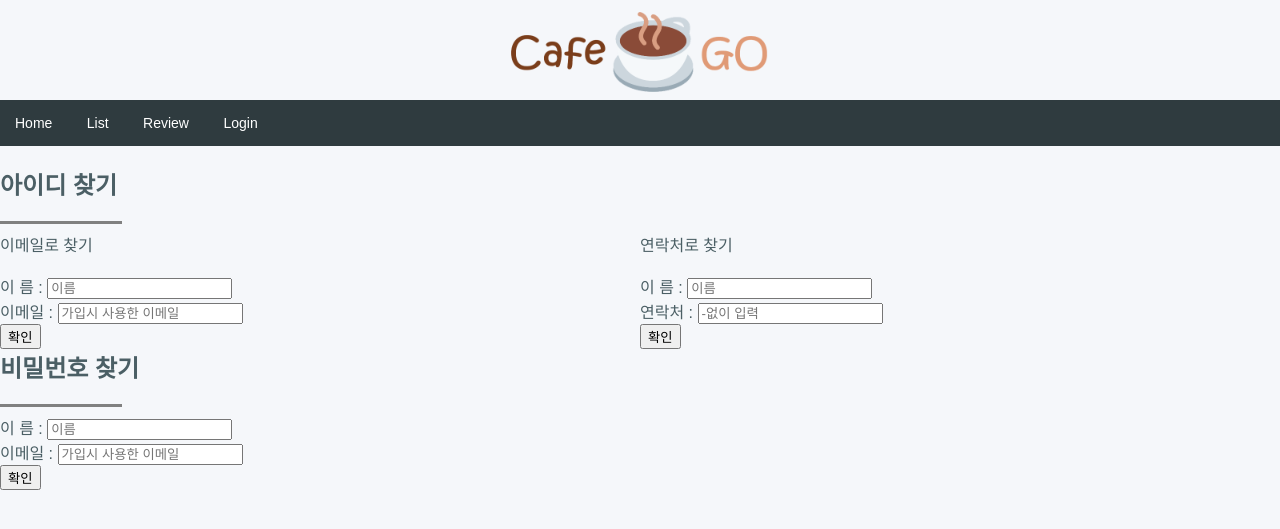
Repository: JuYeong0413/Web-Programming
Page: http://localhost/CafeGo/find.jsp
An editor plug-in stored every save of this project. The page is shown before and after the next save, followed by the edit.
The browser window is 1280 px wide. The pictures show the whole page.
The page is served by Tomcat 9. Other server files are loaded and not shown.

Above is the page before, as saved 2018-12-22 11:51:16.

### Project/CafeGo/WebContent/find.jsp
<%@ page language="java" contentType="text/html; charset=utf-8" pageEncoding="utf-8"%>
<%@ include file="nav.jsp" %>
<!DOCTYPE html>
<html>
<head>
<meta charset="utf-8">
<title>Insert title here</title>
</head>
<body>
<form method="post" action="">
<div>
<h2>아이디 찾기</h2>
<hr noshade align="left" width="120" size="3">
<div style="float:left; width:50%;">
이메일로 찾기<br><br>
<form action="findConfig_e.jsp" method="post">
<label>이    름 :</label>
<input type="text" placeholder="이름" name="name" id="name" value=''/><br>
<label>이메일 :</label>
<input type="text" placeholder="가입시 사용한 이메일" name="email" id="email" value=''/><br>
<input type="submit" value="확인"/>
</form>
</div>
<div style="float:right; width:50%;">
연락처로 찾기<br><br>
<form action="findConfig_num.jsp" method="post">
<label>이    름 :</label>
<input type="text" placeholder="이름" name="name" id="name" value=''/><br>
<label>연락처 :</label>
<input type="text" placeholder="-없이 입력" name="tel" id="tel" value=''/><br>
<input type="submit" value="확인"/>
</form>
</div>
</div>
<br><br>
<div>
<h2>비밀번호 찾기</h2>
<hr noshade align="left" width="120" size="3">
<div style="float:left;width:50%;">
<form action="findConfig_pass.jsp" method="post">
<label>이    름 :</label>
<input type="text" placeholder="이름" name ="name" id="name" value=''/><br>
<label>이메일 :</label>
<input type="text" placeholder="가입시 사용한 이메일" name="email" id="email" value=''/><br>
<input type="submit" value="확인"/>
</form>
</div>
</div>
</form>
</body>
</html>

### Project/CafeGo/WebContent/nav.jsp
<%@ page language="java" contentType="text/html; charset=utf-8" pageEncoding="utf-8"%>
<!DOCTYPE html>
<html lang="ko">
<head>
<meta charset="utf-8">
<title>Insert title here</title>
<link rel="stylesheet" href="reponsiveNavigation.css" />
</head>
<body>
<div>
<center>
<a href="main.jsp"><img src = "image/logo.png" width="264px" height="88px" align="center"></a>
</center>
</div>
<div class="nav_wrapper">
  <nav class="menu">
    <ul>
      <li><a href="main.jsp">Home</a>
        <ul>
          <li><a href="main.jsp">홈페이지 소개</a></li>
          <li><a href="main.jsp">오늘의 카페 추천</a></li>
          </li>
        </ul>
      </li>
      <li><a href="#Link">List</a>
        <ul>
          <li><a href="#Link">카페 목록</a></li>
          <li><a href="#Link">카페 분류 »</a>
          <ul>
              <li><a href="#Link">별점</a></li>
              <li><a href="#link">지역</a></li>
              <li><a href="#Link">테마</a></li>
            </ul>
          </li>
        </ul>
      </li>
      <li><a href="review.jsp">Review</a>
        <ul>
          <li><a href="review.jsp">방문 후기 목록</a></li>
          <li><a href="#Link">방문 후기 작성</a></li>
          <li><a href="#Link">방문 후기 수정</a></li>
          <li><a href="#Link">방문 후기 삭제</a></li>
          </ul>
      </li>
  		<%
  		String log = (String)session.getAttribute("login");

  		if(log!=null&&log.equals("yes")){
  		// 로그인 상태인 경우 보여지는 메뉴
      %>
      <li><a href="myPage.jsp">MyPage</a>
        <ul>
          <li><a href="myPage.jsp">MyPage</a></li>
          <li><a href="logout.jsp">로그아웃</a></li>
        </ul>
      </li>
      <% }
  		else if((String)session.getAttribute("id")==null){
    	  // 로그아웃 상태인 경우 보여지는 메뉴
    	  %>
    	  <li><a href="#Link">Login</a>
        <ul>
          <li><a href="login.jsp">로그인</a></li>
          <li><a href="find.jsp">아이디/비밀번호 찾기</a></li>
          <li><a href="signup.jsp">회원가입</a></li>
        </ul>
      </li>
    	  <%} %>
     </ul>
  </nav>
</body>
</html>

### Project/CafeGo/WebContent/reponsiveNavigation.css
html {
  font-family: sans-serif;
  color: #4b5f65;
  background: #f5f7fa;
}

body { overflow-x:hidden}

nav { width: 100%; }

.nav_wrapper {
  position: fixed;
  left: 0;
  top: 100px;
  width: 100%;
  <!--menu background => default : black-->
  background: #2f3b3f;
}

.menu {
  width: 100%;
  height: auto;
  background: #2f3b3f;
}

.menu ul {
  padding: 0px;
  margin: 0px;
  list-style: none;
  position: relative;
  display: inline-block;
}

.menu > li > ul.sub_menu {
  min-width: 10em;
  padding: 4px 0;
  background-color: #f4f4f4;
  border: 1px solid #fff;
}

.menu ul li { padding: 0px; }

.menu > ul > li { display: inline-block; }

.menu ul li a {
  display: block;
  text-decoration: none;
  color: #fff;
  font-size: 14px;
}

.menu ul li a:hover {
  background: #efa666;
  color: #fff;
  transition: all .5s ease-out;
}

.menu ul li.hover > a {
  background: #efa666;
  color: #fff;
}

.menu ul li > a { padding: 15px; }

.menu ul ul {
  display: none;
  position: absolute;
  top: 100%;
  min-width: 160px;
  background: #39484d;
}

.menu ul li:hover > ul { display: block;}

.menu ul ul > li { position: relative; }

.menu ul ul > li a {
  padding: 10px 15px;
  height: auto;
  background: #39484d;
}

.menu ul ul > li a:hover {
  background: #efa666;
  color: #fff;
}

.menu ul ul ul {
  position: absolute;
  left: 100%;
  top: 0;
}
.slide {
	width:100%;
}

After the next save:
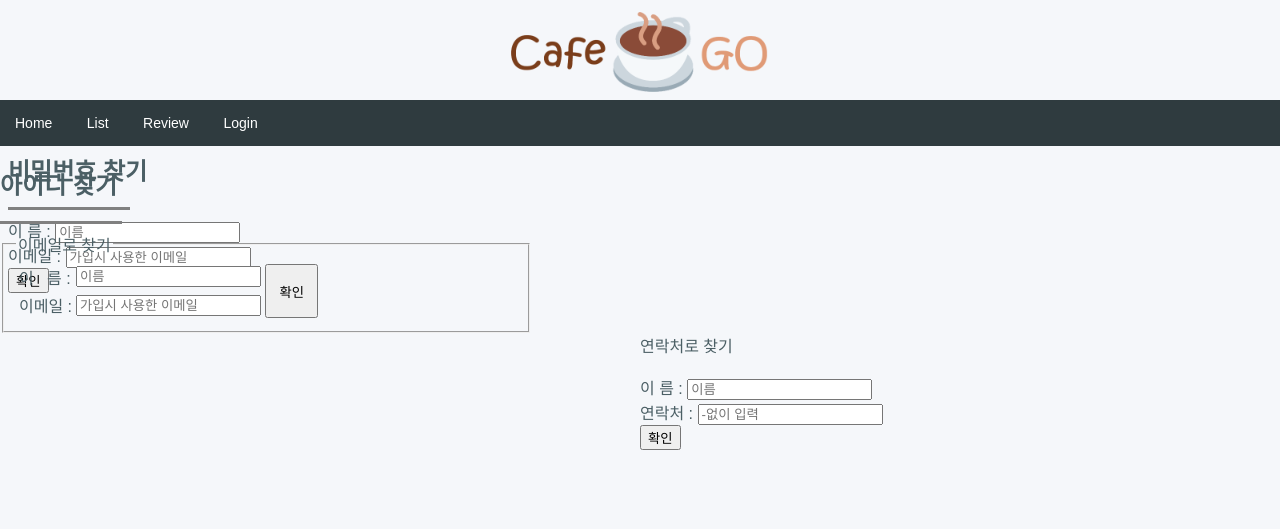
Saved 11 min 41 s later.
--- a/Project/CafeGo/WebContent/find.jsp
+++ b/Project/CafeGo/WebContent/find.jsp
@@ -7,20 +7,26 @@
 <title>Insert title here</title>
 </head>
 <body>
-<form method="post" action="">
-<div>
-<h2>아이디 찾기</h2>
-<hr noshade align="left" width="120" size="3">
-<div style="float:left; width:50%;">
-이메일로 찾기<br><br>
-<form action="findConfig_e.jsp" method="post">
-<label>이    름 :</label>
-<input type="text" placeholder="이름" name="name" id="name" value=''/><br>
-<label>이메일 :</label>
-<input type="text" placeholder="가입시 사용한 이메일" name="email" id="email" value=''/><br>
-<input type="submit" value="확인"/>
-</form>
-</div>
+  <div>
+  <h2>아이디 찾기</h2>
+  <hr noshade align="left" width="120" size="3">
+  <form>
+    <fieldset style="width: 500px">
+      <legend>이메일로 찾기</legend>
+        <table border="0">
+          <tr>
+            <td>이 &nbsp; 름 : </td>
+            <td><input type="text" placeholder="이름" name="name" id="name" value=''></td>
+            <td rowspan="2" width="45"><input type="submit" value="확인" style="width: 40pt; height: 40pt"></td>
+          </tr>
+          <tr>
+            <td>이메일 : </td>
+            <td><input type="text" placeholder="가입시 사용한 이메일" name="email" id="email" value=''></td>
+          </tr>
+        </table>
+      </fieldset>
+    </form>
+  </div>
 <div style="float:right; width:50%;">
 연락처로 찾기<br><br>
 <form action="findConfig_num.jsp" method="post">
